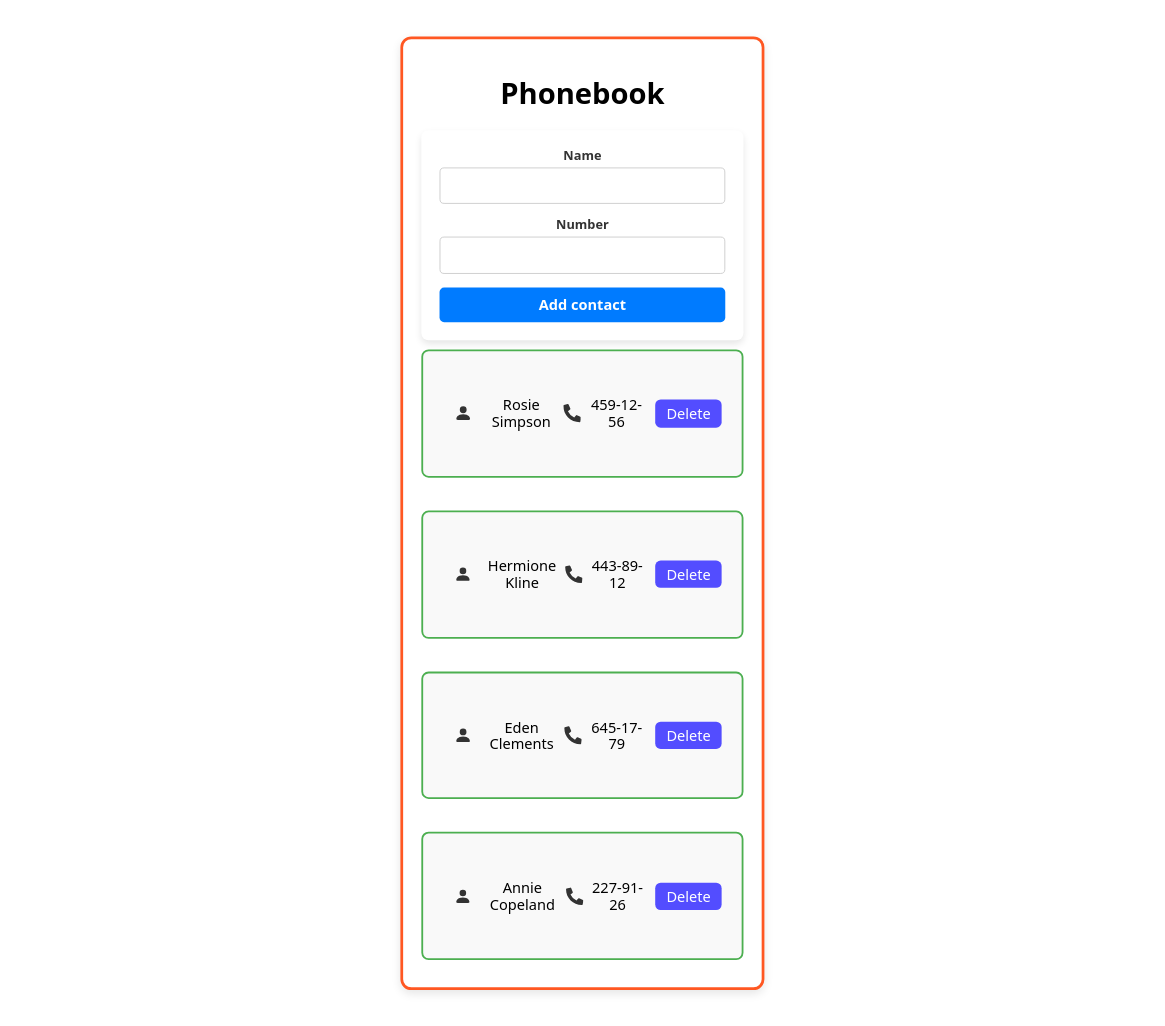
Repository: Evgeniya-Tishakova/goit-react-hw-03
Page: /
An editor plug-in stored every save of this project. The page is shown before and after the next save, followed by the edit.
The browser window is 1280 px wide. The pictures show the whole page, at 91% of full size.
The project was rebuilt for these pictures with package versions that can differ from the ones it lists, and the page was loaded fresh each time. Also part of the build but not shown: vite.config.js, src/index.css.

Above is the page before, as saved 2025-03-09 15:41:17.

### src/main.jsx
import { StrictMode } from "react";
import { createRoot } from "react-dom/client";
import "./index.css";
import App from "./components/App/App";
import "modern-normalize";

createRoot(document.getElementById("root")).render(
  <StrictMode>
    <App />
  </StrictMode>
);

### src/components/App/App.jsx
import { useState } from "react";
import { nanoid } from "nanoid";

import css from "./App.module.css";
import ContactForm from "../ContactForm/ContactForm";
import ContactList from "../ContactList/ContactList";

export default function App() {
  const [users, setUsers] = useState([
    { id: "id-1", name: "Rosie Simpson", number: "459-12-56" },
    { id: "id-2", name: "Hermione Kline", number: "443-89-12" },
    { id: "id-3", name: "Eden Clements", number: "645-17-79" },
    { id: "id-4", name: "Annie Copeland", number: "227-91-26" },
  ]);
  const [filterContacts, setFilterContacts] = useState("");

  const addUser = (newUser) => {
    setUsers((prevUsers) => {
      return [...prevUsers, newUser];
    });
  };

  const deleteUser = (userId) => {
    console.log(userId);
  };

  const searchUsers = users.filter((user) => user.name.toLowerCase());

  return (
    <>
      <div className={css.container}>
        <h1 className={css.title}>Phonebook</h1>
        <ContactForm onAdd={addUser} />
        <ContactList users={users} onDelete={deleteUser} />
      </div>
    </>
  );
}

### src/components/App/App.module.css
.container {
  max-width: 400px;
  margin: 40px auto;
  padding: 20px;
  border: 3px solid #ff5722;
  border-radius: 12px;
  background-color: #fff;
  box-shadow: 0px 4px 10px rgba(0, 0, 0, 0.1);
  text-align: center;
}

### src/components/ContactForm/ContactForm.jsx
import { Formik, Form, Field, ErrorMessage } from "formik";
import css from "./ContactForm.module.css";
import * as Yup from "yup";
import { nanoid } from "nanoid";

const UserSchema = Yup.object().shape({
  name: Yup.string()
    .min(3, "Too Short!")
    .max(50, "Too Long!")
    .required("Required"),
  number: Yup.number()
    .min(3, "Too short")
    .max(50, "Too long")
    .required("Required"),
});

export default function ContactForm({ onAdd }) {
  const initialValues = {
    name: "",
    number: "",
  };

  const handleSubmit = (values, actions) => {
    console.log("handleSubmit", values);

    onAdd(values, (id = nanoid));
    actions.resetForm();
  };

  // const handleSubmit =(event) => {
  // event.preventDefault();
  //   onAdd({
  //     name: event.target.elements.name.value;
  //     number: event.target.elements.number.value;
  //   })
  // }

  return (
    <Formik
      initialValues={initialValues}
      onSubmit={handleSubmit}
      validation={UserSchema}
    >
      {(props) => (
        <Form className={css.form} onSubmit={props.handleSubmit}>
          <div className={css.container}>
            <label className={css.label}>Name</label>
            <Field className={css.input} type="text" name="name" />
            <ErrorMessage className={css.error} name="name" component="span" />
          </div>
          <div className={css.container}>
            <label className={css.label}>Number</label>
            <Field className={css.input} type="text" name="number" />
            <ErrorMessage
              className={css.error}
              name="number"
              component="span"
            />
          </div>

          <button className={css.button} type="submit">
            Add contact
          </button>
        </Form>
      )}
    </Formik>
  );
}

### src/components/ContactList/ContactList.jsx
import css from "./ContactList.module.css";
import Contact from "../Contact/Contact";

export default function ContactList({ users, onDelete }) {
  return (
    <ul className={css.list}>
      {users.map((user) => (
        <li className={css.item}>
          <Contact
            key={user.id}
            name={user.name}
            number={user.number}
            onDelete={onDelete}
          />
        </li>
      ))}
    </ul>
  );
}

### src/components/ContactForm/ContactForm.module.css
.form {
    display: flex;
    flex-direction: column;
    align-items: center;
    gap: 15px;
    background-color: #fff;
    padding: 20px;
    border-radius: 8px;
    box-shadow: 0 4px 8px rgba(0, 0, 0, 0.1);
    max-width: 400px;
    margin: 0 auto;
}

.container {
    display: flex;
    flex-direction: column;
    width: 100%;
}


.label {
    font-size: 14px;
    font-weight: 600;
    color: #333;
    margin-bottom: 5px;
}

.input {
    width: 100%;
    padding: 10px;
    border: 1px solid #ccc;
    border-radius: 5px;
    font-size: 16px;
    transition: border 0.3s ease;
}

.input:focus {
    border-color: #007bff;
    outline: none;
}

.button {
    width: 100%;
    padding: 10px;
    background-color: #007bff;
    color: white;
    font-size: 16px;
    font-weight: bold;
    border: none;
    border-radius: 5px;
    cursor: pointer;
    transition: background 0.3s ease;
}

.button:hover {
    background-color: #0056b3;
}

.button:active {
    background-color: #004494;
}


.error {
    font-size: 14px;
    color: orangered;
}

### src/components/ContactList/ContactList.module.css
.list {
    margin: 0;
    padding: 0;
    display: flex;
    flex-direction: column;
    gap: 16px;
}

.item {
    border: 2px solid #4caf50;
    border-radius: 8px;
    padding: 10px;
    margin: 10px 0;
    display: flex;
    justify-content: space-between;
    align-items: center;
    background-color: #f9f9f9;
}

### src/components/Contact/Contact.jsx
import css from "./Contact.module.css";
import { BsPersonFill } from "react-icons/bs";
import { FaPhoneAlt } from "react-icons/fa";

export default function Contact({ id, name, number, onDelete }) {
  return (
    <div className={css.contact}>
      <div className={css.contact}>
        <p className={css.text}>
          <BsPersonFill className={css.icon} />
          {name}
        </p>
        <p className={css.text}>
          <FaPhoneAlt className={css.icon} />
          {number}
        </p>
      </div>

      <button className={css.button} onClick={() => onDelete(id)}>
        Delete
      </button>
    </div>
  );
}

### src/components/Contact/Contact.module.css
.contact {
    display: flex;
    justify-content: space-between;
    align-items: center;
    padding: 12px;

    border-radius: 8px;


}



/* Контейнер для имени и номера */
.container {
    display: flex;
    flex-direction: column;
    justify-content: center;

    /* Центрирует текст относительно кнопки */
    gap: 4px;
}

/* Контейнер для текста и иконки */
.text {
    font-size: 16px;
    display: flex;
    align-items: center;
    /* Выровнять иконку по центру */
    gap: 8px;
}

/* Иконки выравниваются по центру */
.icon {
    color: #333;
    font-size: 18px;
    display: flex;
    align-items: center;
    justify-content: center;
    width: 24px;
    height: 24px;
}

/* Кнопка Delete */
.button {
    padding: 6px 12px;
    background-color: #534dff;
    border: none;
    color: white;
    border-radius: 6px;
    cursor: pointer;
}

.button:hover {
    background-color: #cc0000;
    transform: scale(1.05);
}

Loaded but not shown: index.html (common file)

After the next save:
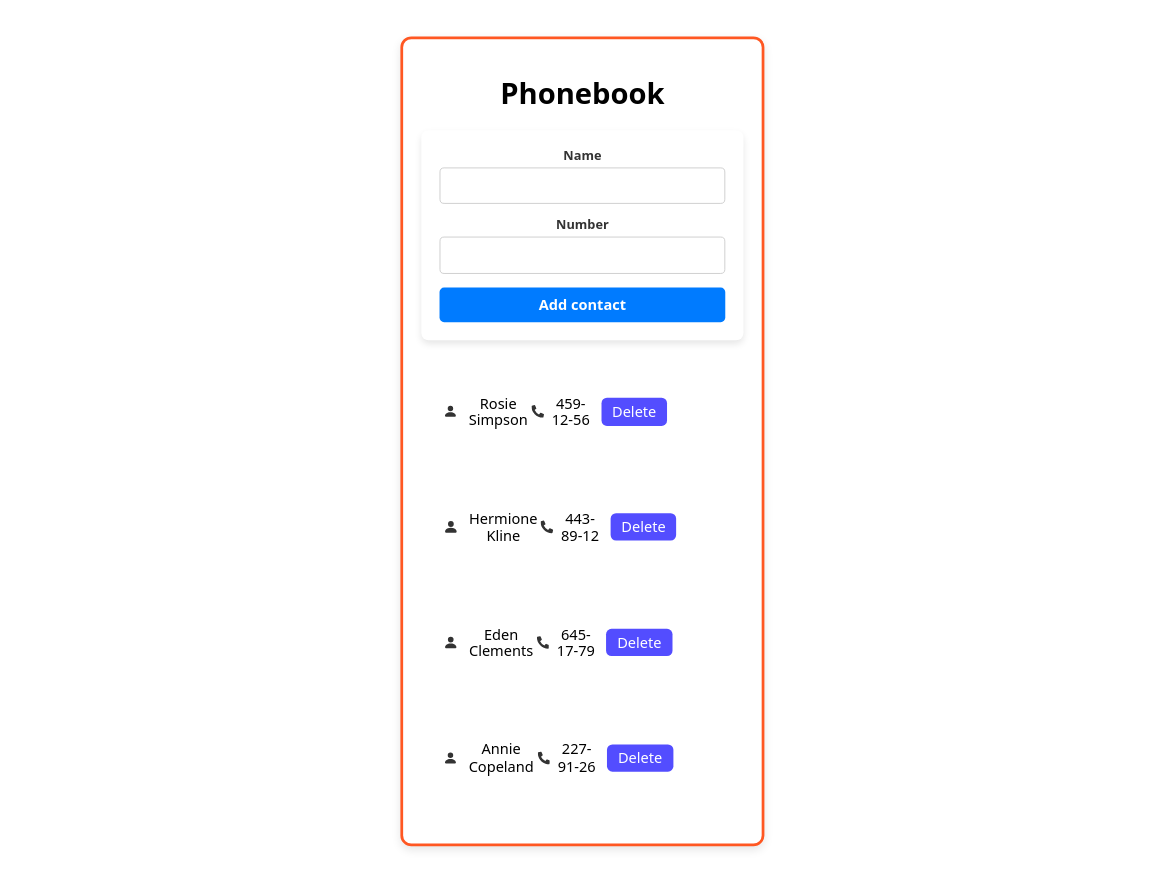
Saved 3 min 14 s later.
--- a/src/components/ContactList/ContactList.module.css
+++ b/src/components/ContactList/ContactList.module.css
@@ -1,18 +1,16 @@
 .list {
-    margin: 0;
+    display: flex;
+    flex-wrap: wrap;
+    gap: 10px;
     padding: 0;
-    display: flex;
-    flex-direction: column;
-    gap: 16px;
+    margin-top: 20px;
+    justify-content: flex-start;
+    list-style: none;
 }
 
 .item {
-    border: 2px solid #4caf50;
-    border-radius: 8px;
-    padding: 10px;
-    margin: 10px 0;
-    display: flex;
-    justify-content: space-between;
-    align-items: center;
-    background-color: #f9f9f9;
+    flex: 1 1 calc(33.333% - 10px);
+    /* По 3 контакта в ряд */
+    max-width: 250px;
+    min-width: 200px;
 }
